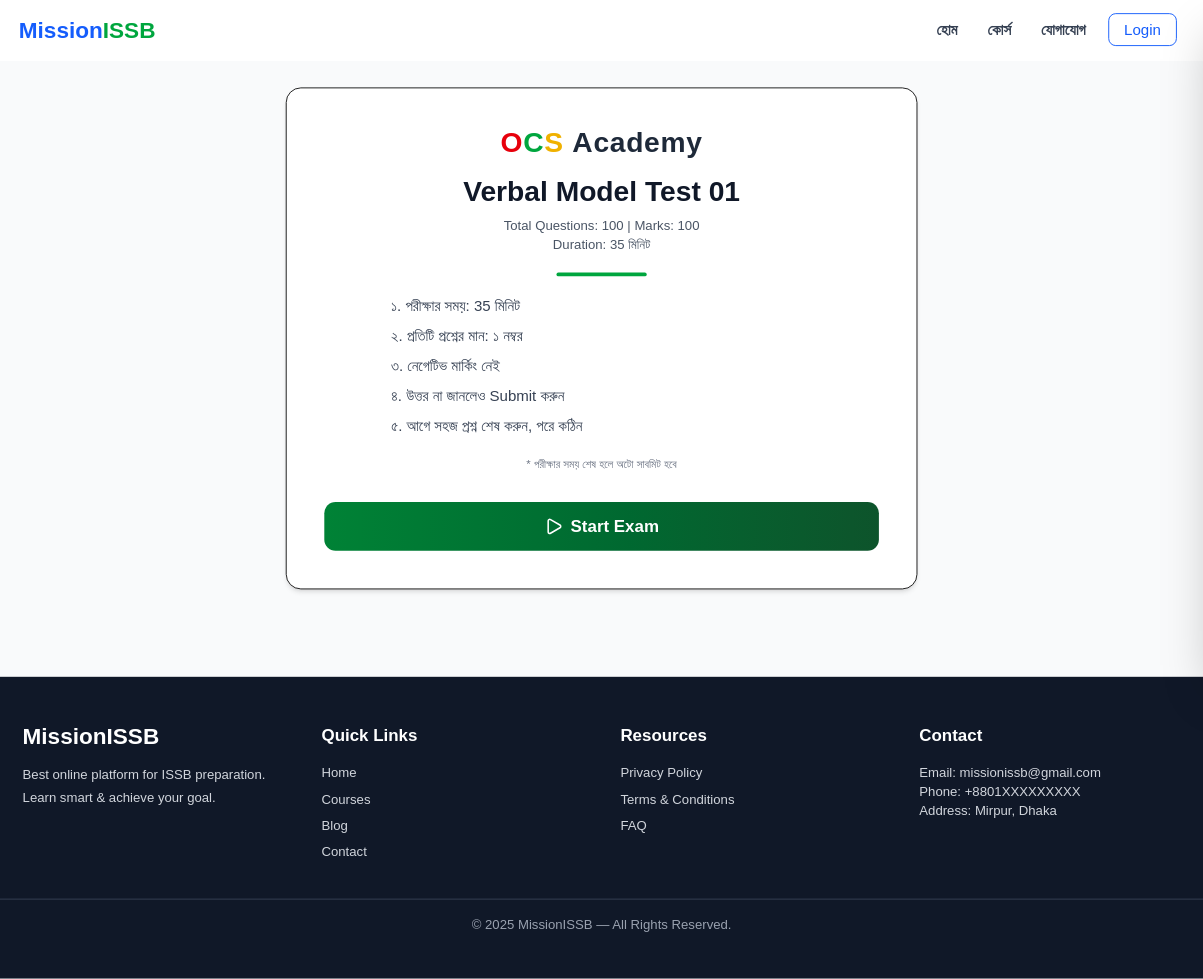
Repository: mdmuhibullahhabib/missionissb
Page: /model-test/1
The author's editor kept a copy of each file at every save. The page is drawn from the files as they stood at one save, then again after the next save.
The browser window is 1280 px wide. The pictures show the whole page, at 94% of full size.
The page's requests for data from a server got no answer. The project was rebuilt for these pictures with package versions that can differ from the ones it lists, and the page was loaded fresh each time. The framework's server and built-in components were replaced by stand-ins that run in the browser. No one was signed in, and anything a server would have sent is missing. Also part of the build but not shown: next.config.mjs.

Above is the page before, as saved 2025-12-15 17:03:51.

After the next save:
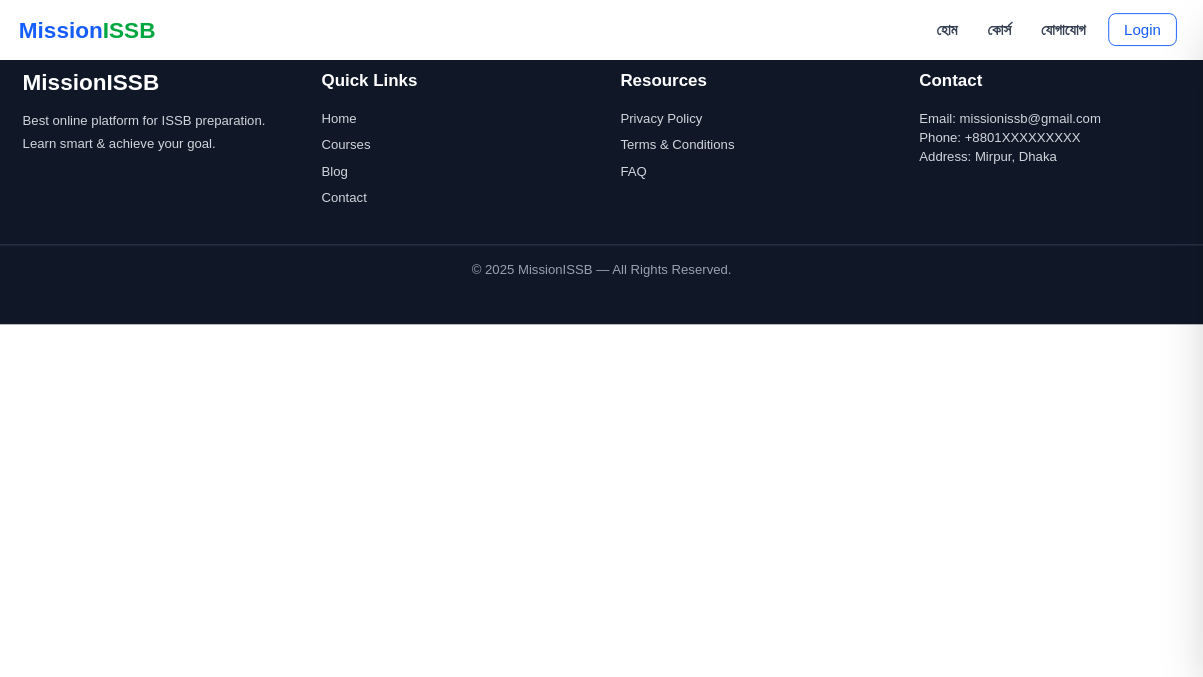
Saved 38 s later.
--- a/app/model-test/[id]/page.jsx
+++ b/app/model-test/[id]/page.jsx
@@ -1,79 +1,10 @@
-"use client";
-import React from "react";
-import { Play } from "lucide-react";
-import Link from "next/link";
+"use client"
+import React from 'react'
 
 const ModelTestPage = () => {
-  /* ------------------------------------------------
-     FIX: Fake model test data
-  ------------------------------------------------ */
-  const modelTest = {
-    id: "verbal-model-test-01",
-    title: "Verbal Model Test 01",
-    duration: "35 মিনিট",
-    marks: 100,
-    questions: 100,
-  };
+  return (
+    <div>ModelTestPage</div>
+  )
+}
 
-  return (
-    <div className="min-h-screen flex items-center justify-center bg-gray-50 px-4">
-      {/* Card */}
-      <div className="w-full max-w-2xl bg-white rounded-2xl shadow-md border p-6 md:p-10 text-center">
-
-        {/* Logo */}
-        <div className="flex justify-center mb-4">
-          <h1 className="text-3xl font-extrabold tracking-wide">
-            <span className="text-red-600">O</span>
-            <span className="text-green-600">C</span>
-            <span className="text-yellow-500">S</span>{" "}
-            <span className="text-gray-800 font-semibold">Academy</span>
-          </h1>
-        </div>
-
-        {/* Title */}
-        <h2 className="text-2xl md:text-3xl font-bold text-gray-900 mt-4">
-          {modelTest.title}
-        </h2>
-
-        {/* Meta Info */}
-        <p className="mt-2 text-sm text-gray-600">
-          Total Questions: {modelTest.questions} | Marks: {modelTest.marks}
-        </p>
-        <p className="text-sm text-gray-600">
-          Duration: {modelTest.duration}
-        </p>
-
-        {/* Divider */}
-        <div className="w-24 h-1 bg-green-600 mx-auto my-5 rounded-full" />
-
-        {/* Instructions */}
-        <div className="text-left max-w-md mx-auto space-y-2 text-gray-700 text-sm md:text-base">
-          <p>১. পরীক্ষার সময়: <span className="font-medium">{modelTest.duration}</span></p>
-          <p>২. প্রতিটি প্রশ্নের মান: <span className="font-medium">১ নম্বর</span></p>
-          <p>৩. নেগেটিভ মার্কিং নেই</p>
-          <p>৪. উত্তর না জানলেও Submit করুন</p>
-          <p>৫. আগে সহজ প্রশ্ন শেষ করুন, পরে কঠিন</p>
-        </div>
-
-        {/* Extra info */}
-        <p className="mt-5 text-xs text-gray-500">
-          * পরীক্ষার সময় শেষ হলে অটো সাবমিট হবে
-        </p>
-
-        {/* Start Button */}
-        <Link
-          href={`/exam/${modelTest.id}`}
-          className="mt-8 w-full flex items-center justify-center gap-2
-                     bg-gradient-to-r from-green-700 to-green-900
-                     text-white py-3 rounded-xl text-lg font-semibold
-                     hover:opacity-90 active:scale-95 transition"
-        >
-          <Play size={20} />
-          Start Exam
-        </Link>
-      </div>
-    </div>
-  );
-};
-
-export default ModelTestPage;
+export default ModelTestPage

After the 2 saves that followed:
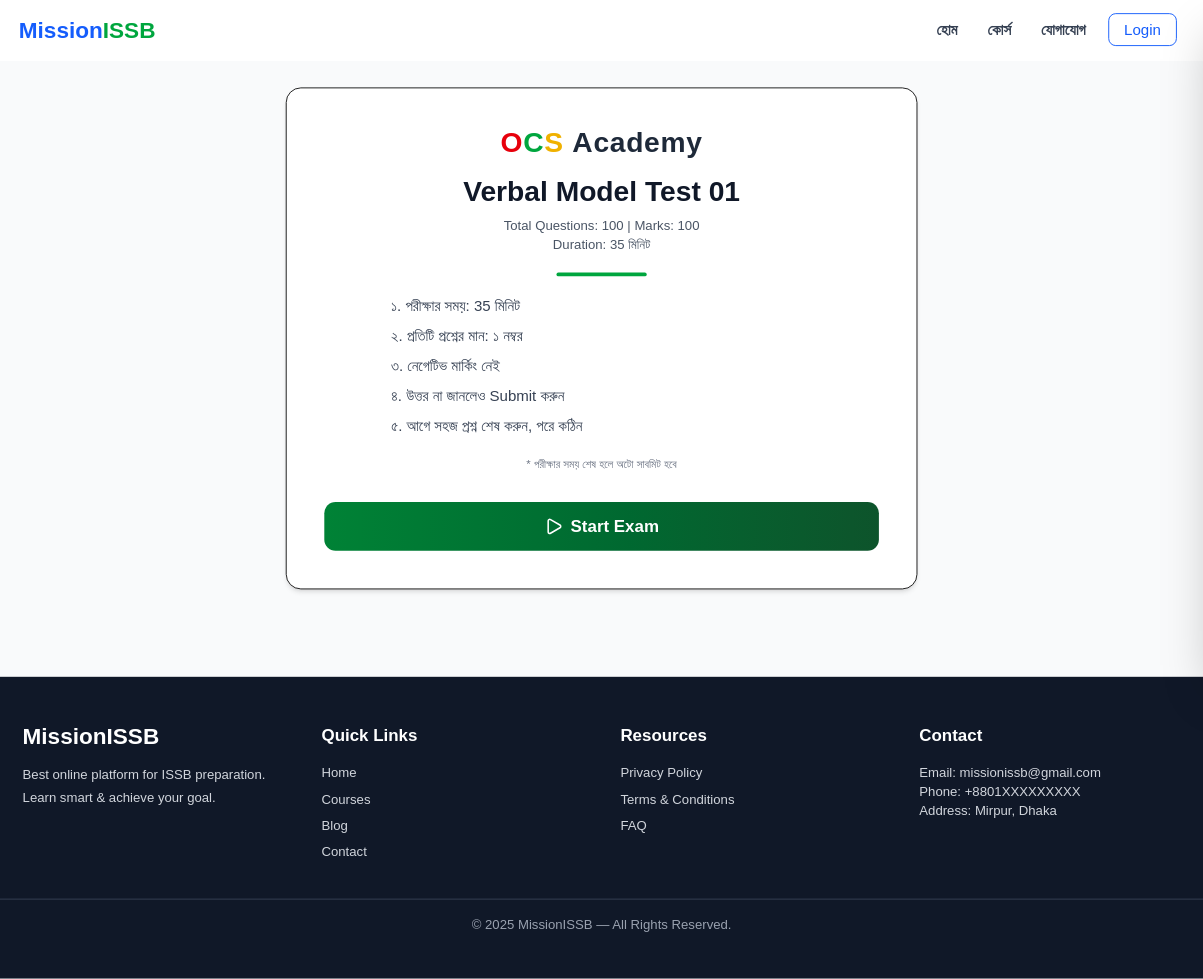
The 2 saves are shown as one change because they came seconds apart.
The last was saved 12 s later.
--- a/app/model-test/[id]/page.jsx
+++ b/app/model-test/[id]/page.jsx
@@ -1,10 +1,79 @@
-"use client"
-import React from 'react'
+"use client";
+import React from "react";
+import { Play } from "lucide-react";
+import Link from "next/link";
 
 const ModelTestPage = () => {
+  /* ------------------------------------------------
+     FIX: Fake model test data
+  ------------------------------------------------ */
+  const modelTest = {
+    id: "verbal-model-test-01",
+    title: "Verbal Model Test 01",
+    duration: "35 মিনিট",
+    marks: 100,
+    questions: 100,
+  };
+
   return (
-    <div>ModelTestPage</div>
-  )
-}
+    <div className="min-h-screen flex items-center justify-center bg-gray-50 px-4">
+      {/* Card */}
+      <div className="w-full max-w-2xl bg-white rounded-2xl shadow-md border p-6 md:p-10 text-center">
 
-export default ModelTestPage
+        {/* Logo */}
+        <div className="flex justify-center mb-4">
+          <h1 className="text-3xl font-extrabold tracking-wide">
+            <span className="text-red-600">O</span>
+            <span className="text-green-600">C</span>
+            <span className="text-yellow-500">S</span>{" "}
+            <span className="text-gray-800 font-semibold">Academy</span>
+          </h1>
+        </div>
+
+        {/* Title */}
+        <h2 className="text-2xl md:text-3xl font-bold text-gray-900 mt-4">
+          {modelTest.title}
+        </h2>
+
+        {/* Meta Info */}
+        <p className="mt-2 text-sm text-gray-600">
+          Total Questions: {modelTest.questions} | Marks: {modelTest.marks}
+        </p>
+        <p className="text-sm text-gray-600">
+          Duration: {modelTest.duration}
+        </p>
+
+        {/* Divider */}
+        <div className="w-24 h-1 bg-green-600 mx-auto my-5 rounded-full" />
+
+        {/* Instructions */}
+        <div className="text-left max-w-md mx-auto space-y-2 text-gray-700 text-sm md:text-base">
+          <p>১. পরীক্ষার সময়: <span className="font-medium">{modelTest.duration}</span></p>
+          <p>২. প্রতিটি প্রশ্নের মান: <span className="font-medium">১ নম্বর</span></p>
+          <p>৩. নেগেটিভ মার্কিং নেই</p>
+          <p>৪. উত্তর না জানলেও Submit করুন</p>
+          <p>৫. আগে সহজ প্রশ্ন শেষ করুন, পরে কঠিন</p>
+        </div>
+
+        {/* Extra info */}
+        <p className="mt-5 text-xs text-gray-500">
+          * পরীক্ষার সময় শেষ হলে অটো সাবমিট হবে
+        </p>
+
+        {/* Start Button */}
+        <Link
+          href={`/exam/${modelTest.id}`}
+          className="mt-8 w-full flex items-center justify-center gap-2
+                     bg-gradient-to-r from-green-700 to-green-900
+                     text-white py-3 rounded-xl text-lg font-semibold
+                     hover:opacity-90 active:scale-95 transition"
+        >
+          <Play size={20} />
+          Start Exam
+        </Link>
+      </div>
+    </div>
+  );
+};
+
+export default ModelTestPage;
